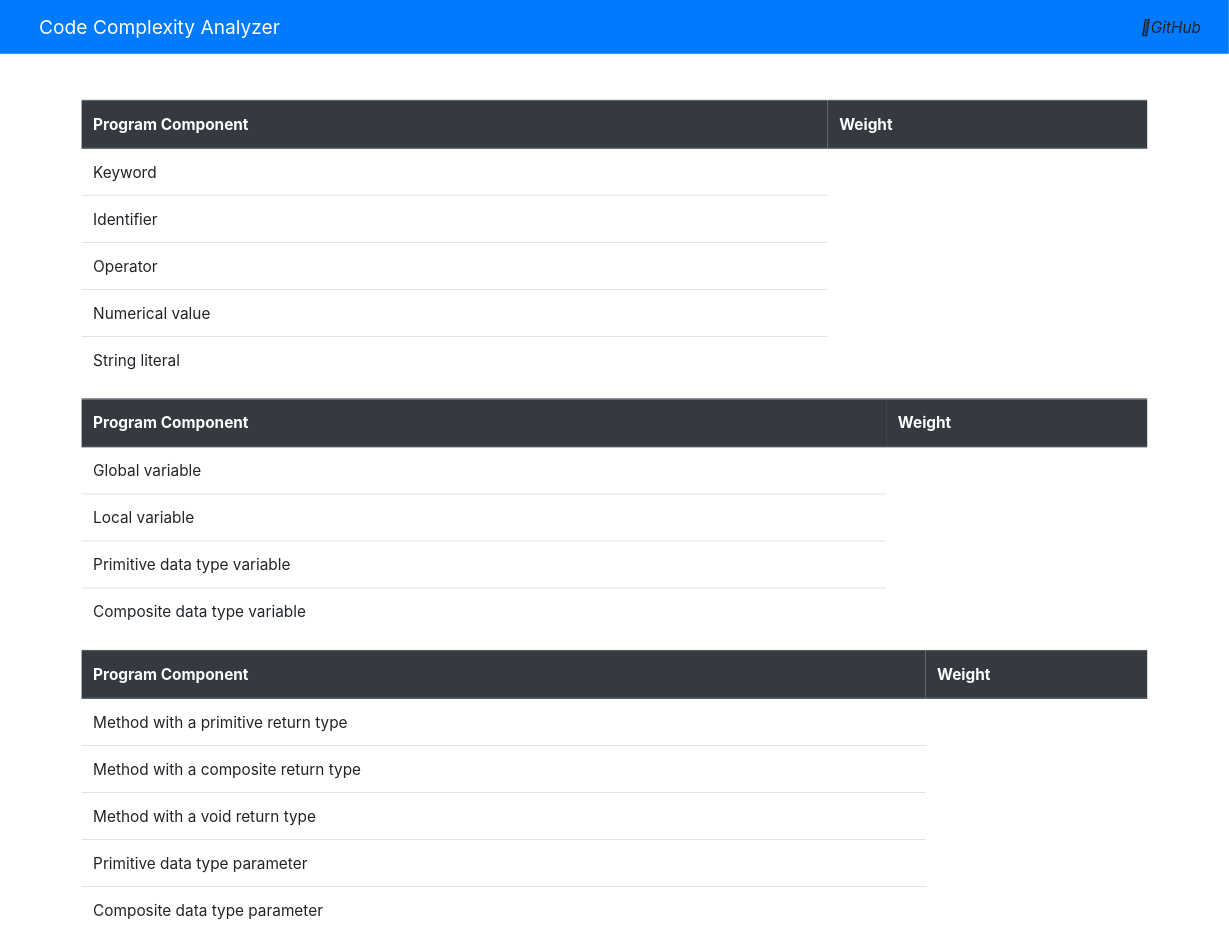
Repository: DinuwanB/Code-Complexity-Analyzer
Page: http://localhost/ITPM/Weight.jsp
The author's editor kept a copy of each file at every save. The page is drawn from the files as they stood at one save, then again after the next save.
The browser window is 1280 px wide. The pictures show the whole page, at 96% of full size.
The page is served by Tomcat 9.

Above is the page before, as saved 2020-05-22 04:51:10.

After the next save:
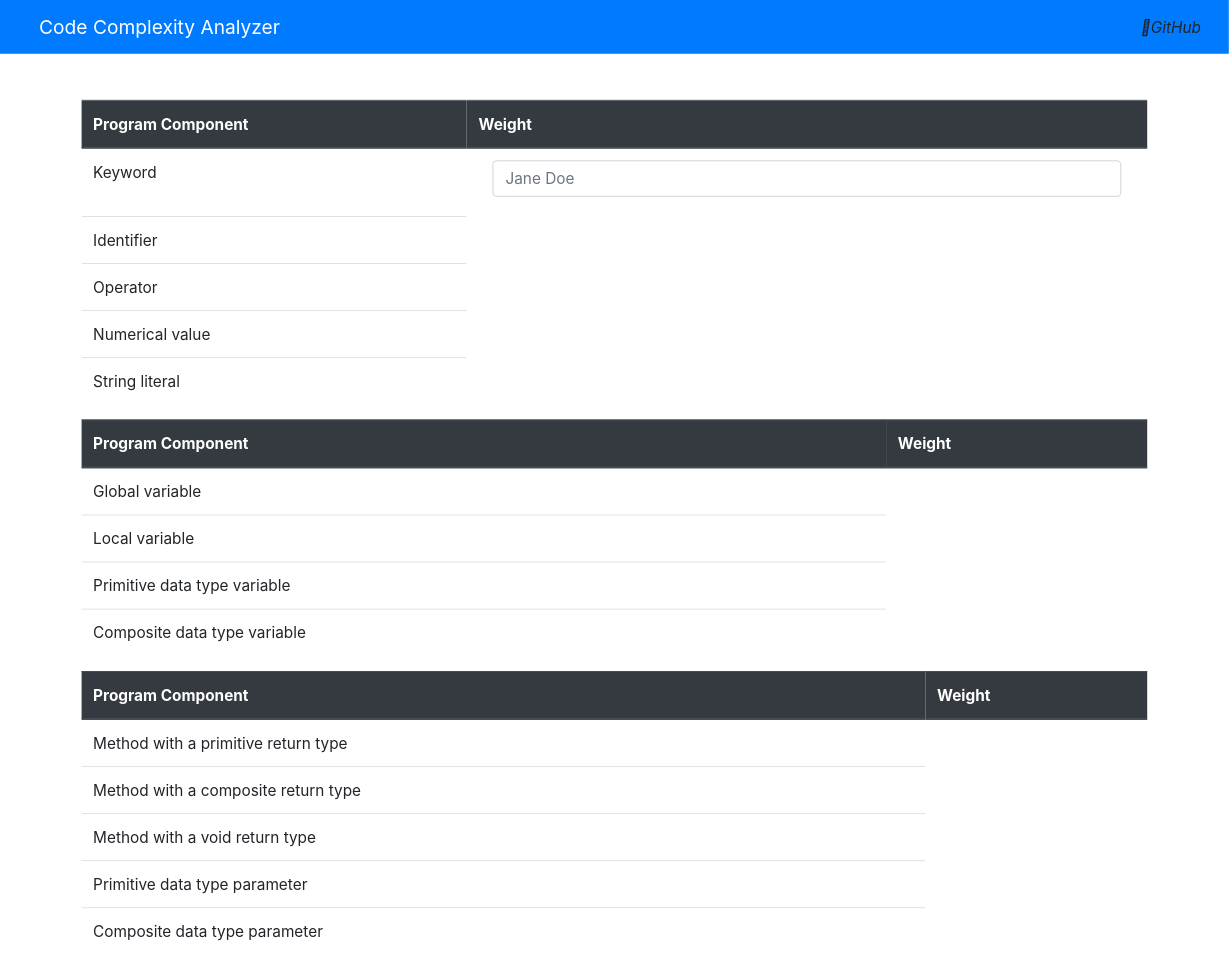
Saved 4 min 15 s later.
--- a/ITPM/src/main/webapp/Weight.jsp
+++ b/ITPM/src/main/webapp/Weight.jsp
@@ -42,6 +42,11 @@
   <tbody>
     <tr>
       <td>Keyword</td>
+      <td>  <div class="col-auto">
+      <label class="sr-only" for="inlineFormInput">Name</label>
+      <input type="text" class="form-control mb-2" id="inlineFormInput" placeholder="Jane Doe">
+    </div>
+    </td>
     </tr>
     <tr>
      <td>Identifier</td>
